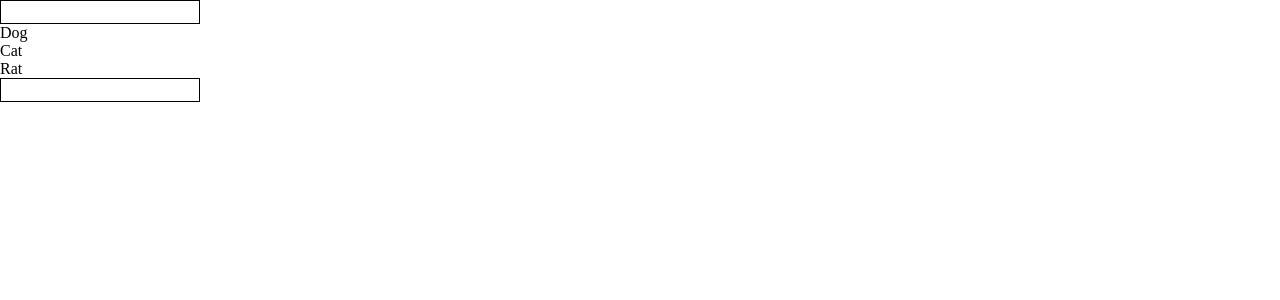
Repository: FujieRyou/react_practice
Page: /
An editor plug-in stored every save of this project. The page is shown before and after the next save, followed by the edit.
The browser window is 1280 px wide. The pictures show the whole page.
The project was rebuilt for these pictures with package versions that can differ from the ones it lists, and the page was loaded fresh each time. Also part of the build but not shown: vite.config.js, src/components/testComponent.jsx, src/components/todoComponent.jsx, src/components/countUp.jsx, src/components/switchFlag.jsx, src/components/props1.jsx, src/components/profile.jsx, src/components/ivent.jsx and 3 more.

Above is the page before, as saved 2023-01-24 13:48:25.

After the next save:
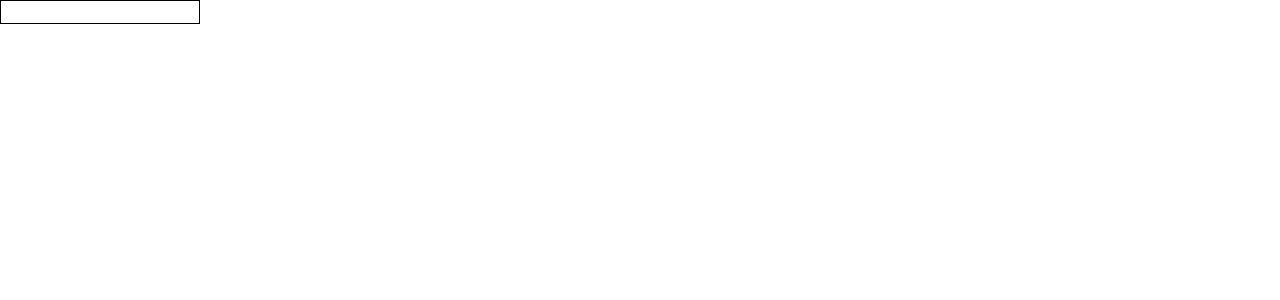
Saved 19 s later.
--- a/src/App.jsx
+++ b/src/App.jsx
@@ -59,7 +59,7 @@ const App = () =>{
 
     {/* <ArrayDisplay /> */}
 
-    <ArrayFilter />
+    {/* <ArrayFilter /> */}
 
     <ConditionalBranch />
 
